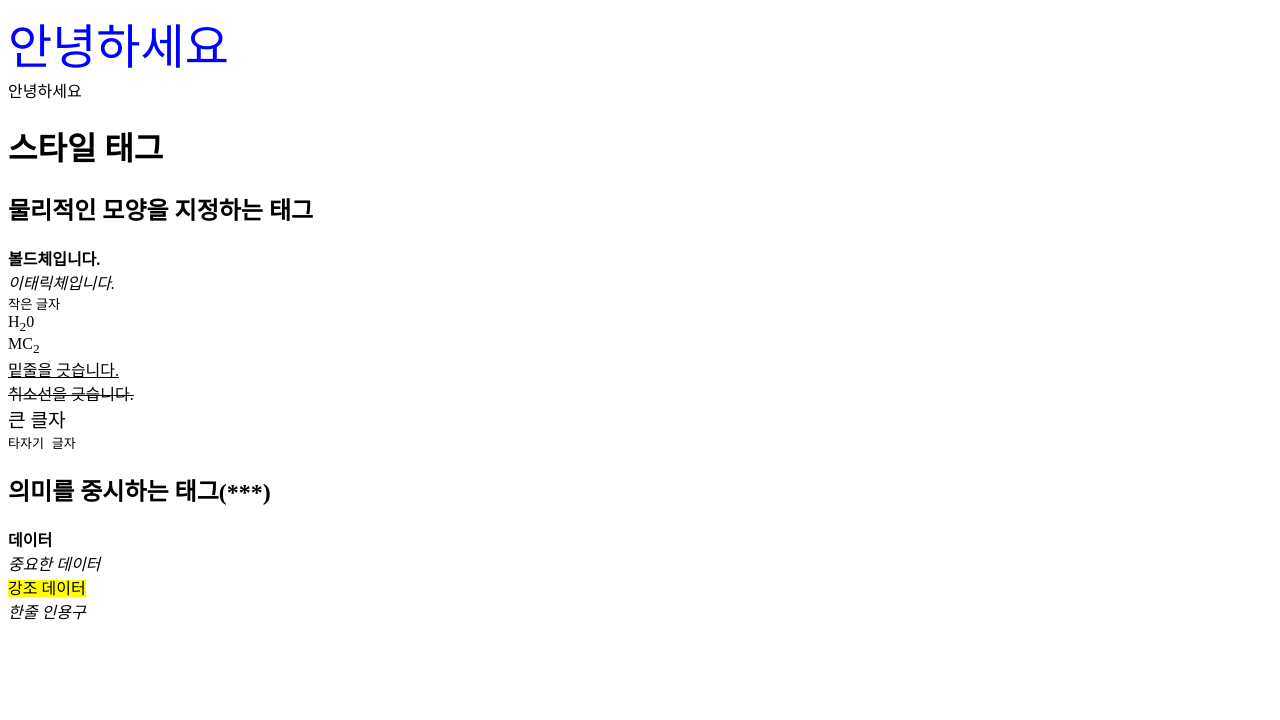
Repository: sinsujung/client
Page: ClientTest/src/main/webapp/html/ex09_style.html
These files come from the project's save history. The page is drawn as it stood at one moment and after the next save; the edit follows.
The browser window is 1280 px wide. The pictures show the whole page.

Above is the page before, as saved 2023-09-20 01:46:25.

### ClientTest/src/main/webapp/html/ex09_style.html
<!DOCTYPE html>
<html>
<head>
<meta charset="UTF-8">
<title>Insert title here</title>
</head>
<body>
<!-- ex09_style.html -->
<!--

	HTML > 골격 구성 + 데이터 표현 + 서식 기능(절대 사용 안함)
	CSS > 디자인(서식 구현)

 -->

 <font size="7" color="blue">안녕하세요</font>
 <br>
 안녕하세요

 <h1>스타일 태그</h1>

 <h2>물리적인 모양을 지정하는 태그</h2>

 <b>볼드체입니다.</b><br>
 <i>이태릭체입니다.</i><br>
 <small>작은 글자</small><br>

 H<sub>2</sub>0<br><!-- 밑첨자 -->
 MC<sub>2</sub><br><!-- 윗첨자 -->

 <u> 밑줄을 긋습니다.</u><br>

 <strike>취소선을 긋습니다.</strike><br>
 <big> 큰 클자</big><br>
 <tt>타자기 글자</tt>

 <h2>의미를 중시하는 태그(***)</h2>

 <strong>데이터</strong><br>
 <em>중요한 데이터</em><br>
 <mark>강조 데이터</mark><br>
 <cite>한줄 인용구</cite>

</body>
</html>

After the next save:
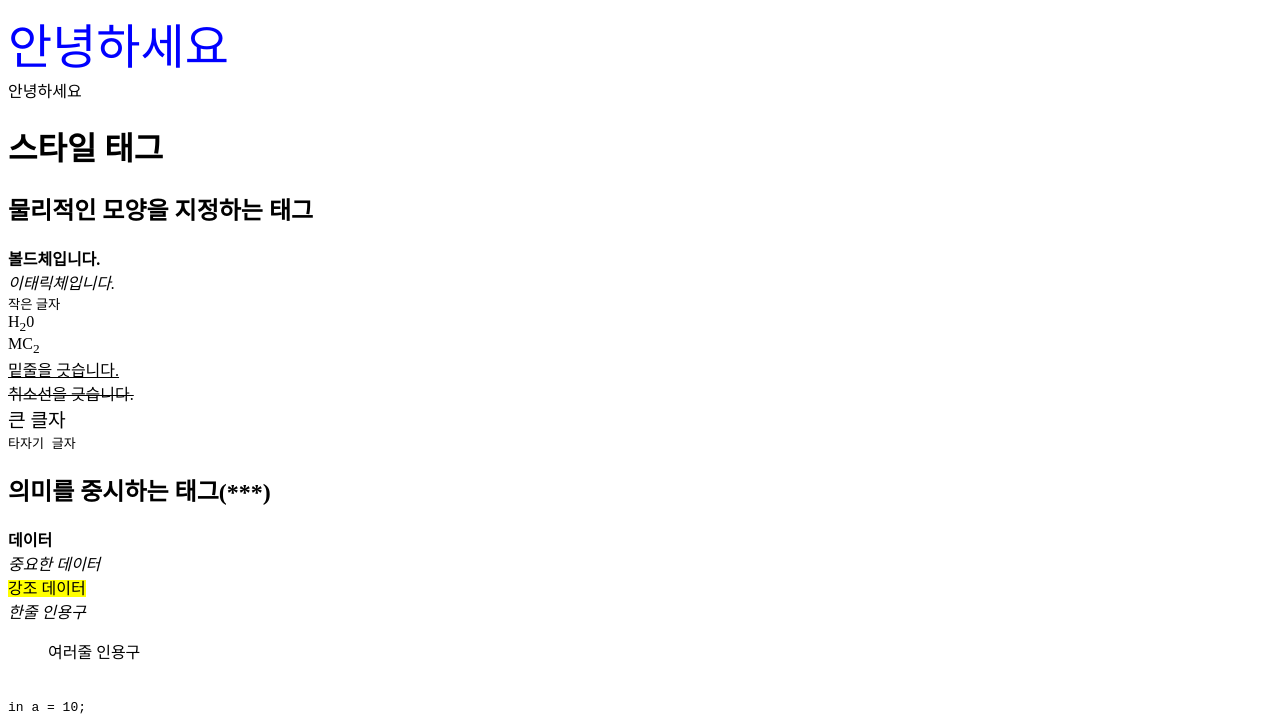
Saved 55 s later.
--- a/ClientTest/src/main/webapp/html/ex09_style.html
+++ b/ClientTest/src/main/webapp/html/ex09_style.html
@@ -39,7 +39,9 @@
  <strong>데이터</strong><br>
  <em>중요한 데이터</em><br>
  <mark>강조 데이터</mark><br>
- <cite>한줄 인용구</cite>
+ <cite>한줄 인용구</cite><br>
+ <blockquote>여러줄 인용구</blockquote><br>
+ <code>in a = 10;</code><br>
 
 </body>
 </html>
